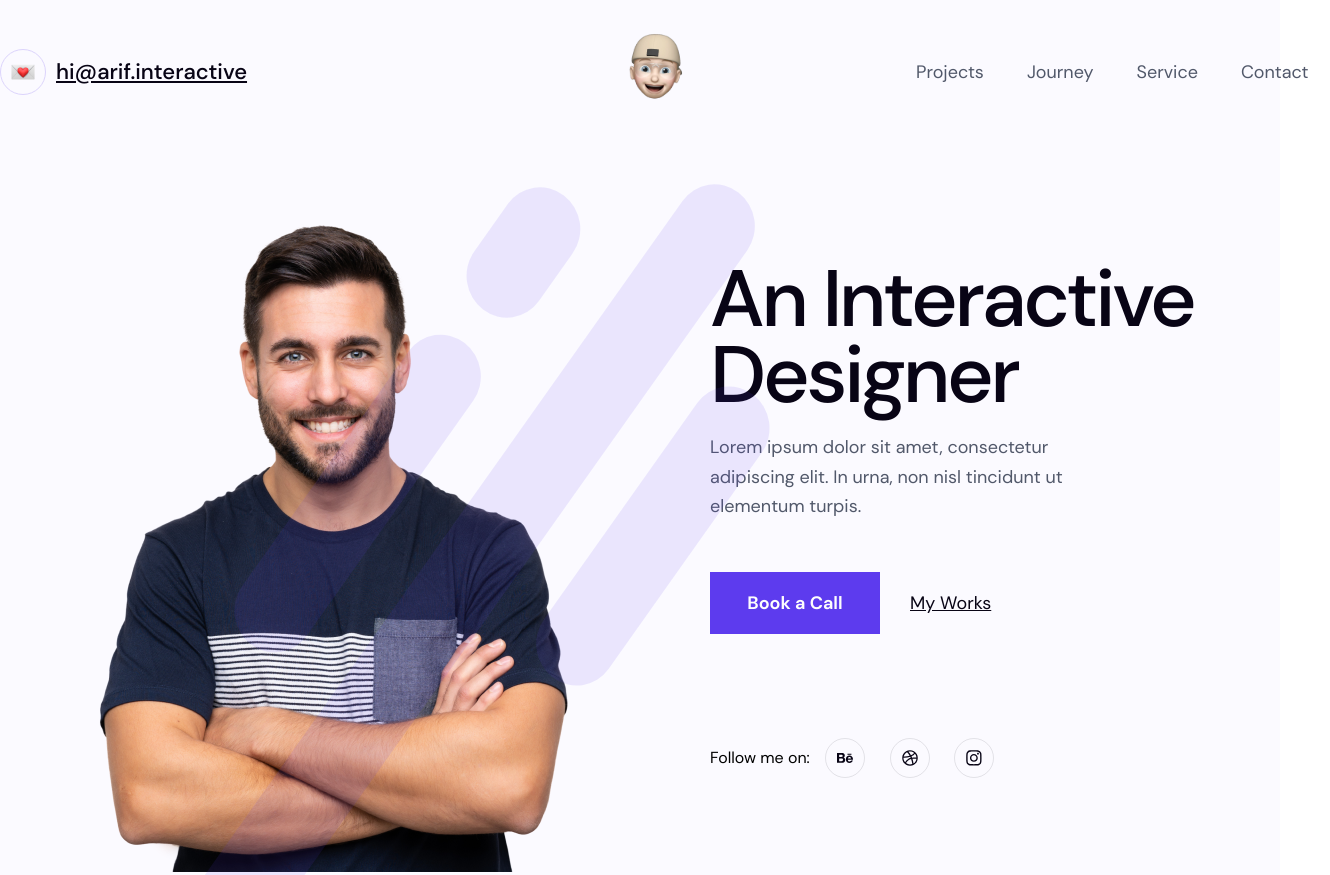
Repository: trantangtuan/project-06-grid-system12column-demo
Page: index.html
The author's editor kept a copy of each file at every save. The page is drawn from the files as they stood at one save, then again after the next save.
The browser window is 1280 px wide. The page is 1330 px wide, so the pictures cover 1330 px, including what lies to the right of the window. The pictures show the whole page.

Above is the page before, as saved 2024-07-13 20:59:58.

After the next save:
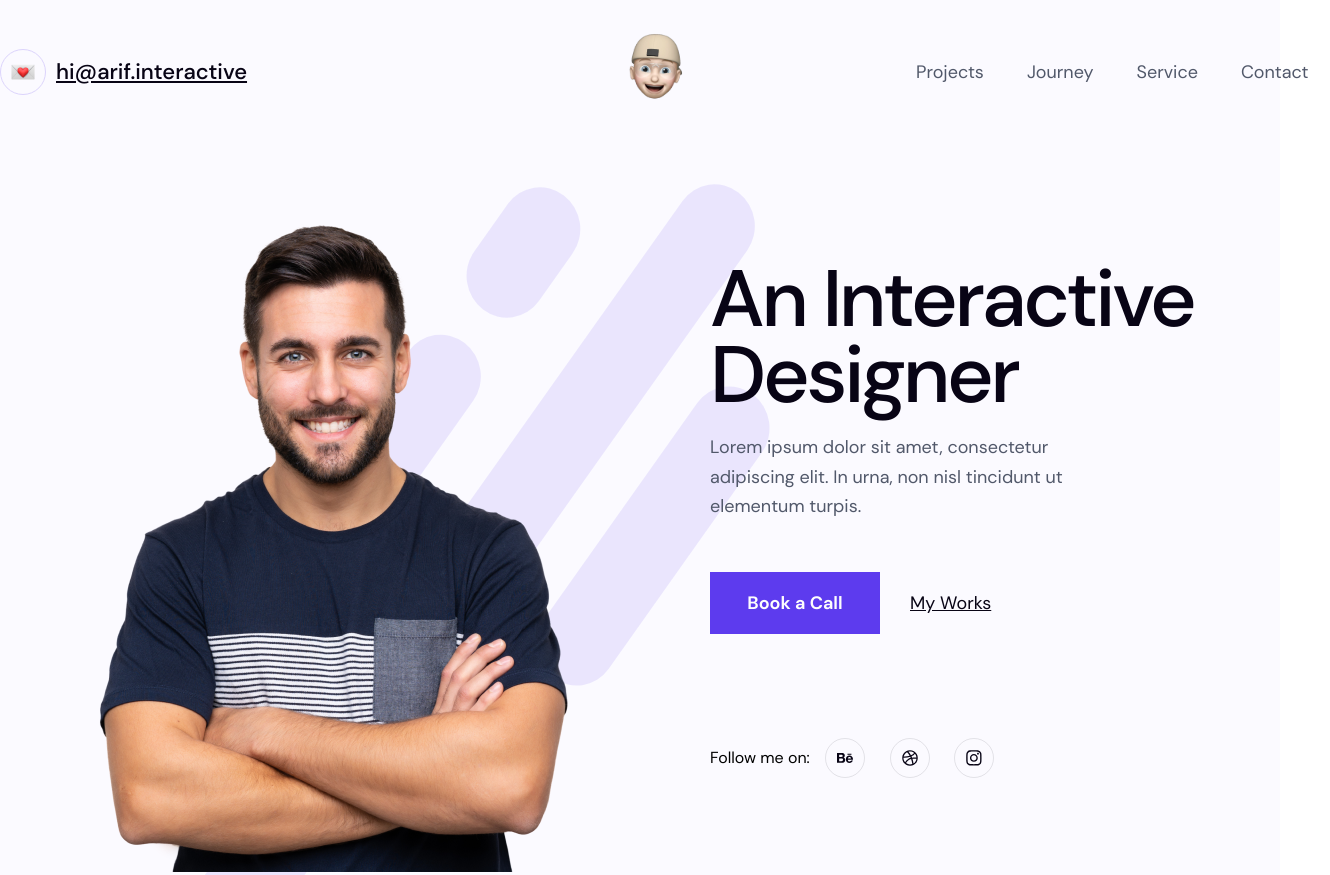
Saved 39 s later.
--- a/assets/css/style.css
+++ b/assets/css/style.css
@@ -120,6 +120,7 @@ a {
 
 .group-rectangle__left {
   position: absolute;
+  z-index: -1;
   bottom: 0;
   left: 1%;
 }
